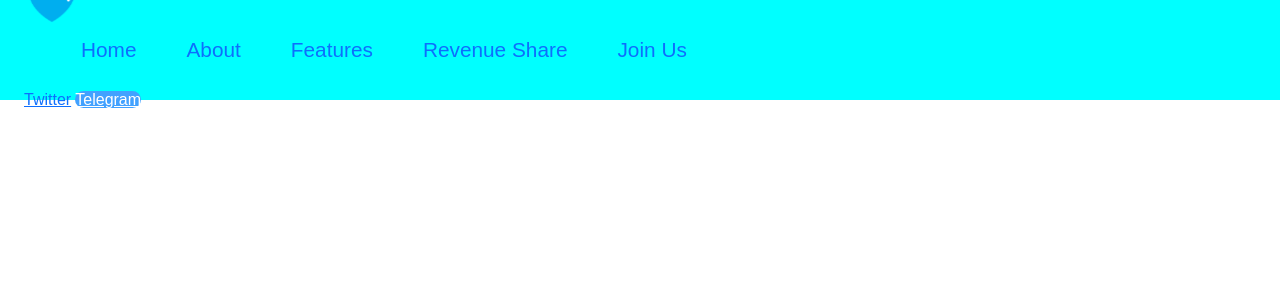
Repository: andinhle/lovetech
Page: index.html
The author's editor kept a copy of each file at every save. The page is drawn from the files as they stood at one save, then again after the next save.
The browser window is 1280 px wide. The pictures show the whole page.

Above is the page before, as saved 2023-08-21 19:42:42.

After the next save:
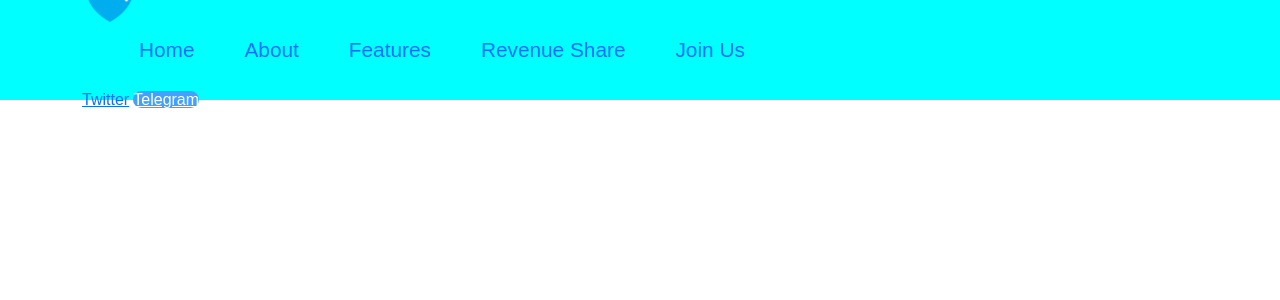
Saved 10 s later.
--- a/index.html
+++ b/index.html
@@ -14,7 +14,7 @@
     <div id="wrapper">
         <div id="layout">
             <header id="header" class="d-flex align-items-center">
-                <div class="row container head-menu d-flex justify-content-between">
+                <div class="container head-menu d-flex justify-content-between">
                     <div class="col-md-12 ">
                         <div class="col-md-1">
                             <a href="index.html"><img src="asset/img/logo.svg" alt=""></a>
